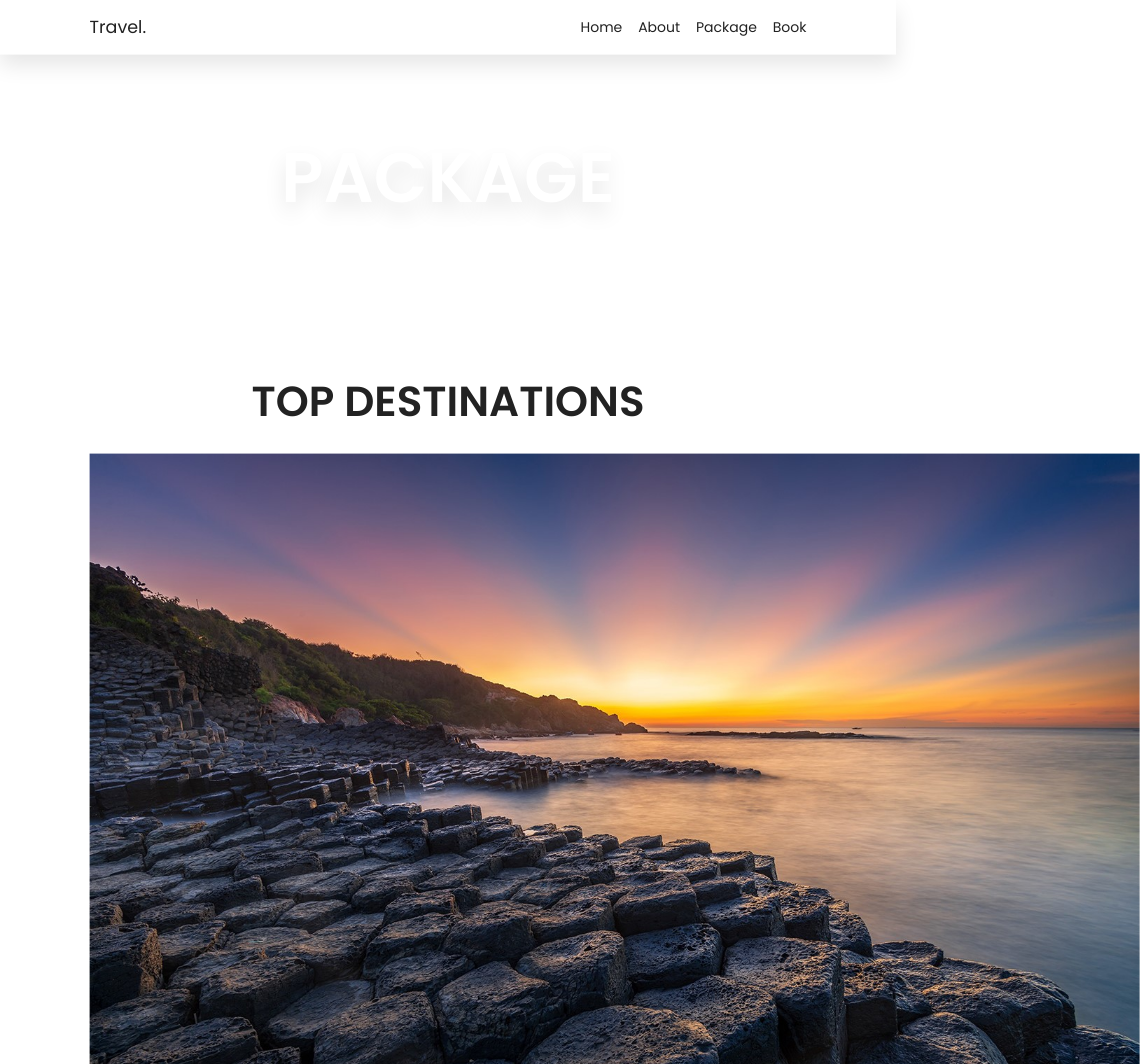
Repository: CTCuong/Traveloka-Web
Page: assets/package.html
The author's editor kept a copy of each file at every save. The page is drawn from the files as they stood at one save, then again after the next save.
The browser window is 1280 px wide. The page is 1628 px wide, then 1280 px, so the pictures cover 1628 px, including what lies to the right of the window. The pictures show the part of the page from y = 0 to 1520 px (the page is 12366 px tall before and 3388 px after), at 70% of full size.
Backgrounds fixed to the window are drawn as part of the page.

Above is the page before, as saved 2023-07-08 00:35:05.

After the next save:
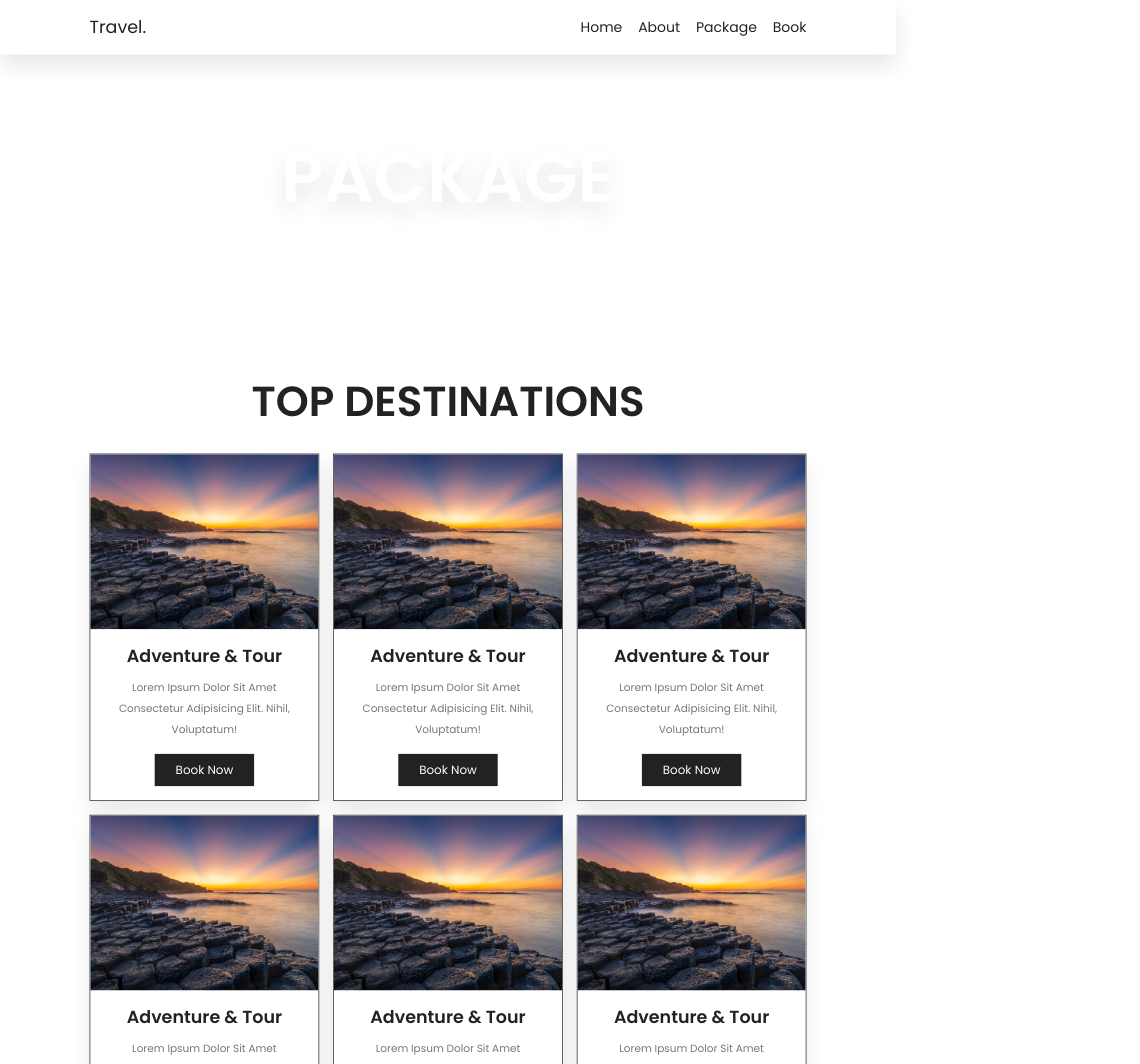
Saved 6 min 9 s later.
--- a/assets/css/style.css
+++ b/assets/css/style.css
@@ -411,6 +411,52 @@ section {
     color: var(--black);
 }
 
+.packages .box-container .box {
+    border: var(--border);
+    box-shadow: var(--box-shadow);
+    background: var(--white);
+}
+
+.packages .box-container {
+    display: grid;
+    grid-template-columns: repeat(auto-fit, minmax(30rem, 1fr));
+    gap : 2rem;
+}
+
+.packages .box-container .box .image {
+    height: 25rem;
+    overflow: hidden;
+}
+
+.packages .box-container .box .image img {
+    height: 100%;
+    width: 100%;
+    object-fit: cover;
+    transition: .2s linear;
+}
+
+.packages .box-container .box .content {
+    padding: 2rem;
+    text-align: center;
+
+}
+
+.packages .box-container .box .content h3 {
+    font-size: 2.5rem;
+    color: var(--black);
+}
+
+.packages .box-container .box .content p {
+    font-size: 1.5rem;
+    color: var(--light-black);
+    line-height: 2;
+    padding: 1rem 0;
+}
+
+.packages .load-more {
+    text-align: center;
+    margin-top: 2rem;
+}
 
 
 
